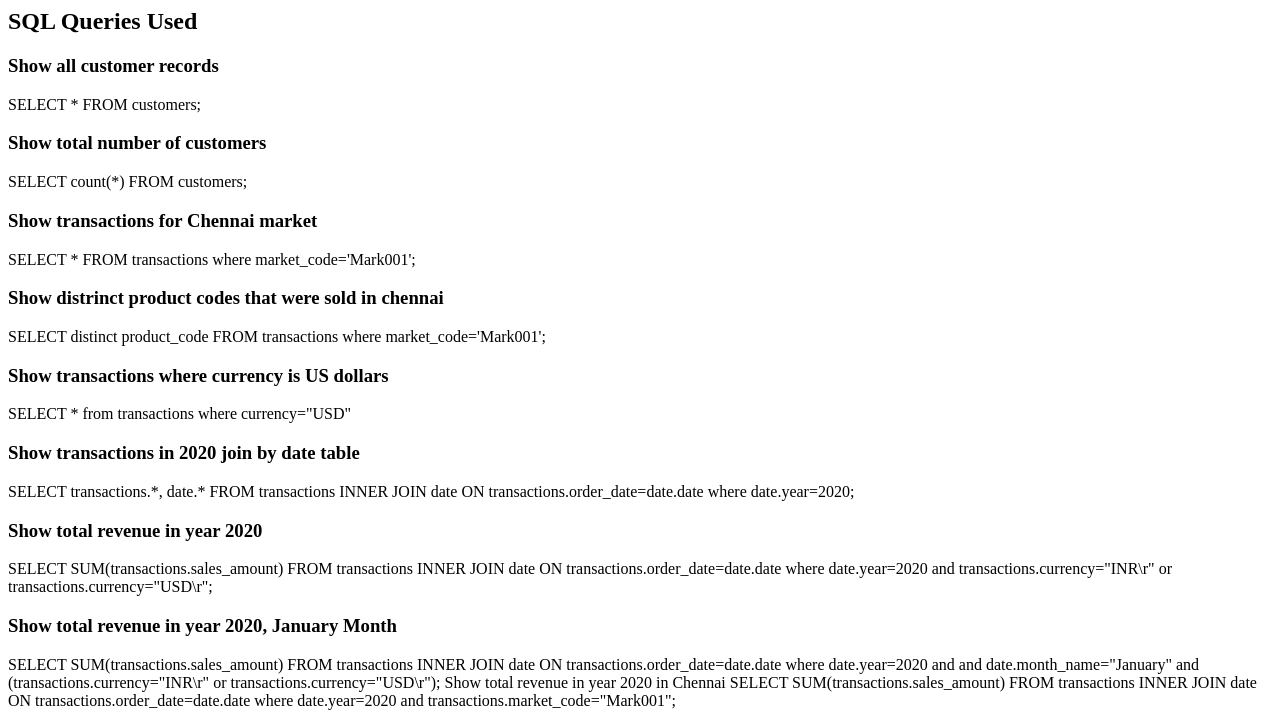
Repository: IslamInjila/new_portfolio
Page: images/salesInsight_bi.html
These files come from the project's save history. The page is drawn as it stood at one moment and after the next save; the edit follows.
The browser window is 1280 px wide. The pictures show the whole page.

Above is the page before, as saved 2021-06-02 15:41:16.

### images/salesInsight_bi.html
<html>

<body>

<h2>SQL Queries Used</h2>


<h3>Show all customer records</h3>

SELECT * FROM customers;

<h3>Show total number of customers</h3>

SELECT count(*) FROM customers;

<h3> Show transactions for Chennai market</h3>

SELECT * FROM transactions where market_code='Mark001';

<h3> Show distrinct product codes that were sold in chennai</h3>

SELECT distinct product_code FROM transactions where market_code='Mark001';

<h3>Show transactions where currency is US dollars</h3>

SELECT * from transactions where currency="USD"

<h3>Show transactions in 2020 join by date table</h3>

SELECT transactions.*, date.* FROM transactions INNER JOIN date ON transactions.order_date=date.date where date.year=2020;

<h3>Show total revenue in year 2020</h3>

SELECT SUM(transactions.sales_amount) FROM transactions INNER JOIN date ON transactions.order_date=date.date where date.year=2020 and transactions.currency="INR\r" or transactions.currency="USD\r";

<h3>Show total revenue in year 2020, January Month</h3>

SELECT SUM(transactions.sales_amount) FROM transactions INNER JOIN date ON transactions.order_date=date.date where date.year=2020 and and date.month_name="January" and (transactions.currency="INR\r" or transactions.currency="USD\r");

Show total revenue in year 2020 in Chennai

SELECT SUM(transactions.sales_amount) FROM transactions INNER JOIN date ON transactions.order_date=date.date where date.year=2020 and transactions.market_code="Mark001";
</body>








</html>

After the next save:
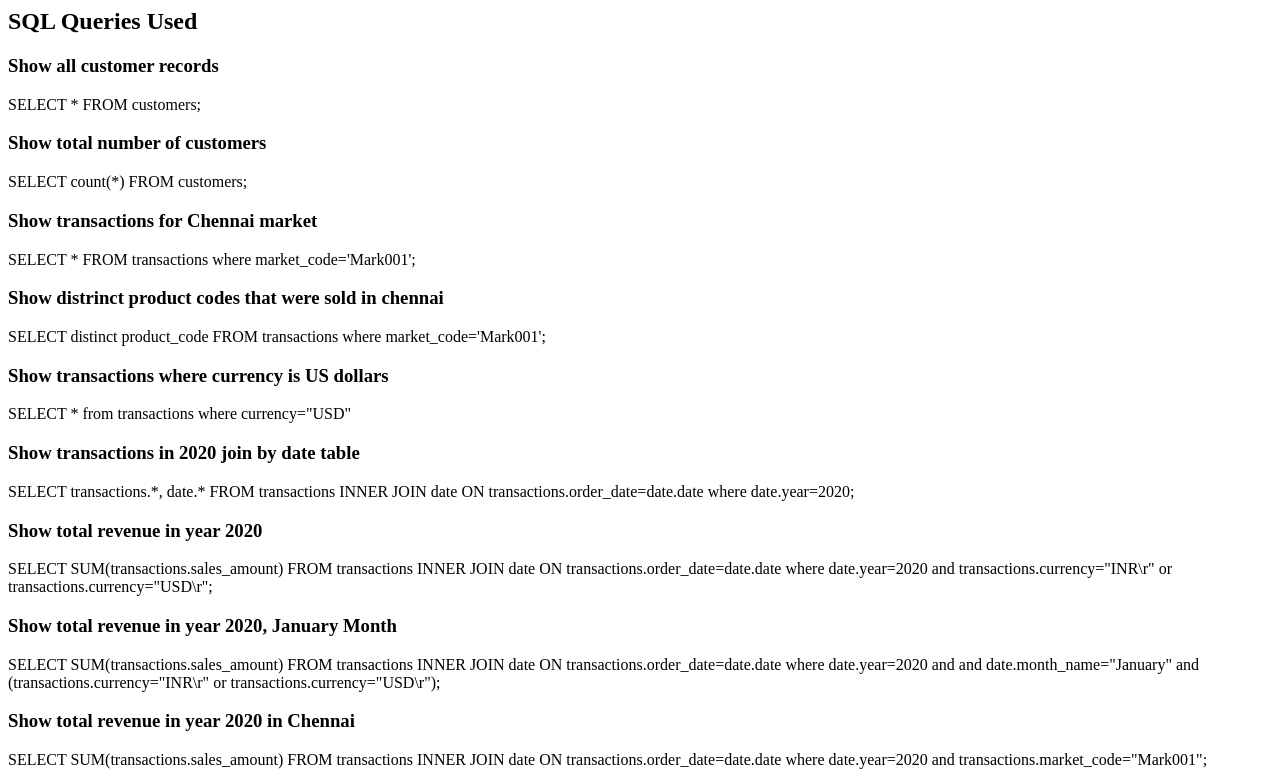
Saved 24 s later.
--- a/images/salesInsight_bi.html
+++ b/images/salesInsight_bi.html
@@ -37,7 +37,7 @@ SELECT SUM(transactions.sales_amount) FROM transactions INNER JOIN date ON trans
 
 SELECT SUM(transactions.sales_amount) FROM transactions INNER JOIN date ON transactions.order_date=date.date where date.year=2020 and and date.month_name="January" and (transactions.currency="INR\r" or transactions.currency="USD\r");
 
-Show total revenue in year 2020 in Chennai
+<h3>Show total revenue in year 2020 in Chennai</h3>
 
 SELECT SUM(transactions.sales_amount) FROM transactions INNER JOIN date ON transactions.order_date=date.date where date.year=2020 and transactions.market_code="Mark001";
 </body>
